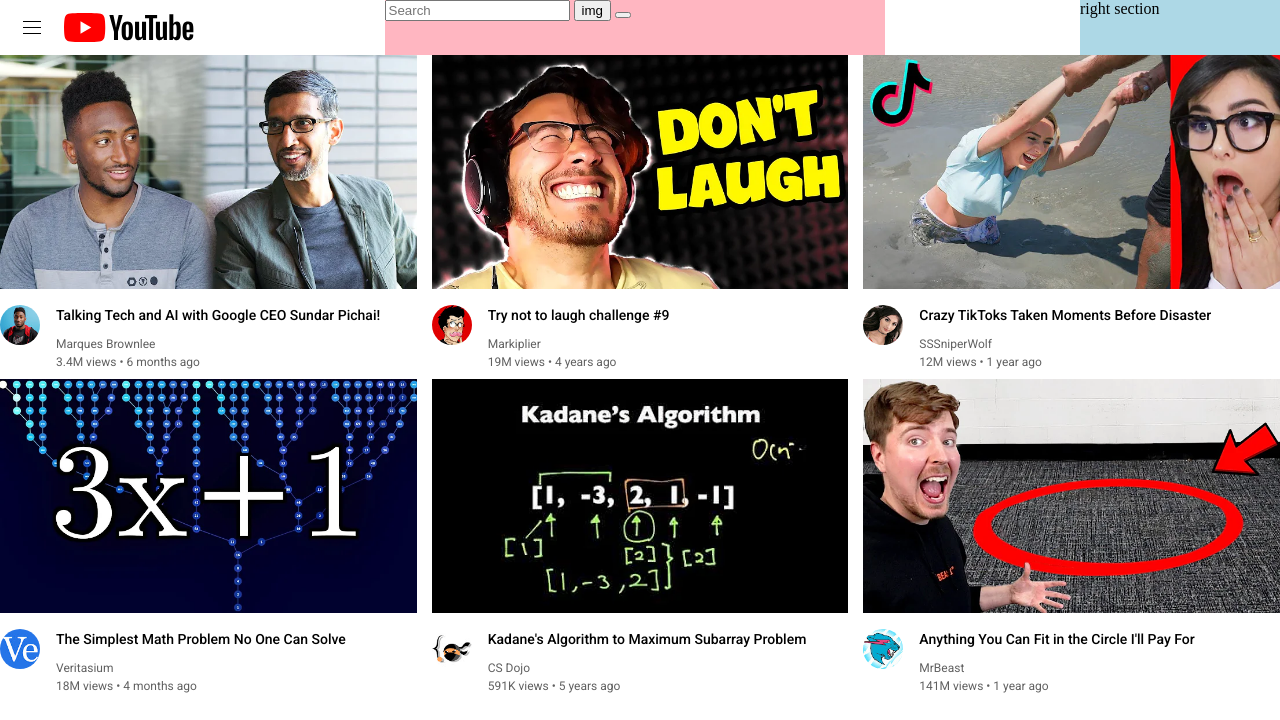
Repository: idahcarts-ux/html-css
Page: youtube.html
The author's editor kept a copy of each file at every save. The page is drawn from the files as they stood at one save, then again after a run of saves.
The browser window is 1280 px wide. The pictures show the whole page.

Above is the page before, as saved 2025-11-19 17:00:21.

After the next 5 saves:
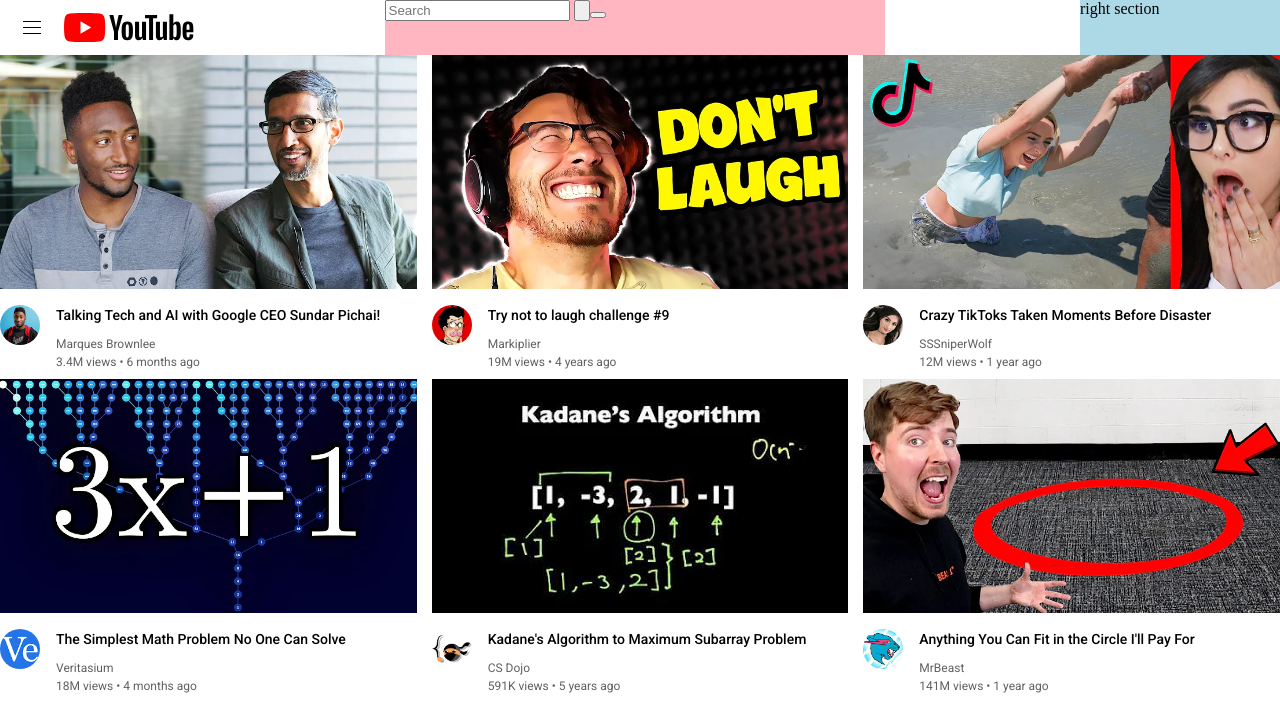
The 5 saves are shown as one change because they came seconds apart.
The last was saved 17 s later.
--- a/youtube.html
+++ b/youtube.html
@@ -22,7 +22,7 @@
     <div class="middle-section">
       <input class="search-bar" type="text" placeholder="Search">
     <button>
-      img
+      <img src=""
     </button>
     <button></button>
     </div>
